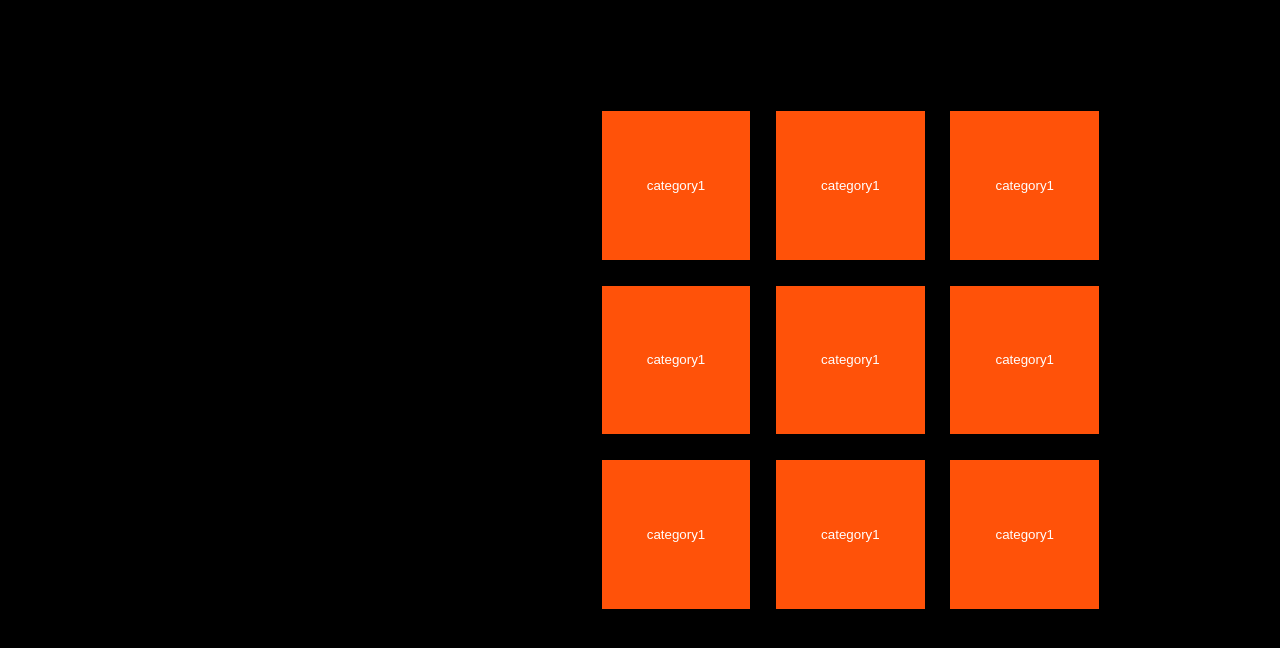
Repository: drumsmanku/react-capstone-project-2
Page: /categories
An editor plug-in stored every save of this project. The page is shown before and after the next save, followed by the edit.
The browser window is 1280 px wide. The pictures show the whole page.
Some web fonts or font styles are not loaded; a fallback is used. The project was rebuilt for these pictures with package versions that can differ from the ones it lists, and the page was loaded fresh each time. Also part of the build but not shown: src/components/RegistrationPage.js, src/components/SubmitSuccess.js.

Above is the page before, as saved 2023-05-24 08:47:22.

### src/index.css
body,html{
  padding: 0;
  margin: 0;
}

### src/App.js
import './App.css';
import RegistrationPage from './components/RegistrationPage';
import SubmitSuccess from './components/SubmitSuccess';
import CategoriesPage from './components/CategoriesPage';
import { BrowserRouter as Router, Route, Routes} from 'react-router-dom';
function App() {
  const categories=['category1', 'category1','category1','category1','category1','category1','category1', 'category1','category1',];
  const colors=['#FF5209', '#FF5209','#FF5209','#FF5209','#FF5209','#FF5209','#FF5209','#FF5209','#FF5209',]
  return (
    <div className='App'>
      <Router>
        <Routes>
          <Route path='/' element={<RegistrationPage />}/>
          <Route path='/success' element={<SubmitSuccess/>}/>
          <Route path='/categories' element={<CategoriesPage categories={categories} backgroundcolor={colors} />}/>
        </Routes>
      </Router>
    </div>
  );
}

export default App;

### src/App.css
.App {
  margin: 0;
  padding: 0;

}

### src/components/CategoriesPage.js
import React from 'react'
import './CategoriesPage.css'

function CategoriesPage(props) {
  const{categories, backgroundcolor}=props
  return (
    <div className='container'>
      <div className='first-container'>

      </div>
      <div className='second-container'>
        <div className='category-container'>
          {categories.map((category, index)=>(
            <button style={{border:'none', background:'none',color:'white', backgroundColor:backgroundcolor[index], height:'9.3rem', width:'9.3rem', margin:'0.8rem'}} key={index}>{category}</button>
          ))}
        </div>
        <div>
          {/* next page button */}
        </div>

      </div>
    </div>
  )
}

export default CategoriesPage

### src/components/RegistrationPage.css
@import url('https://fonts.googleapis.com/css2?family=Roboto:wght@900&display=swap');
@import url('https://fonts.googleapis.com/css2?family=Single+Day&display=swap');
@import url('https://fonts.googleapis.com/css2?family=DM+Sans&display=swap');
.reg-page{
  background-image: url('../Assets/back1.png');
  background-size: 50% 120%;
  background-repeat: no-repeat;
  height: 100vh;

  background-color: black;
  display: flex;
}
.first-div{
  font-family:'Roboto';
  color: white;
  width: 50%;
  height: 100vh;
  display: flex;
  justify-content: center;
  position: relative;
}
.first-first-div{
  width: 70%;
  position: absolute;
  bottom: 4.5rem;
}
.first-first-div h1{
  font-size: 3rem;
  padding: 0;
  margin: 0;
}
.second-div{
  height: inherit;
  width: 50%;
  display: flex;
  flex-direction: column;
  justify-content: center;
  align-items: center;
  color: white;
}
.second-div h1{
  font-family: 'Single Day';
  font-size: 3.3rem;
  color: #72DB73;
  font-weight: 400;
  margin: 0;
}
.second-div h4{
  font-family: 'DM Sans';
  font-weight: 200;
  margin-bottom: 2rem;
  margin-top: 1rem;
  font-size: 1.1rem;
}
form{
  display: flex;
  flex-direction: column;
}
form input[type=text]{
  margin: 0.7rem;
  width: 23rem;
  height: 2.9rem;
  border: none;
  background-color: #292929;
  border-radius: 0.1rem;
  font-family: 'DM Sans';
}
form input[type=number]{
  margin: 0.7rem;
  width: 23rem;
  height: 2.9rem;
  border: none;
  background-color: #292929;
  border-radius: 0.1rem;
  font-family: 'DM Sans';

}
form input[type=email]{
  margin: 0.7rem;
  width: 23rem;
  height: 2.9rem;
  border: none;
  background-color: #292929;
  border-radius: 0.1rem;
  font-family: 'DM Sans';
}

form input::placeholder{
  padding-left: 0.9rem;
  font-size: 1rem;
}
.checkbox1{
  width: 100%;
  display: flex;
  padding-left: 0.5rem;
  font-family: 'DM Sans';
  margin: 1.6rem 0 1.6rem 0;
  font-size: 0.9rem;
}
.checkbox1 input[type="checkbox"]{
  margin-right: 1rem;
  border: none;
  transform: scale(1.4);
}
form button{
  background-color: #72DB73;
  border: none;
  height: 3rem;
  width: 23rem;
  border-radius: 2.2rem;
  font-size: 1.4rem;
  font-family: 'DM Sans';
  font-weight: 600;
  color: white;
  letter-spacing: 0.2rem;
}

### src/components/CategoriesPage.css
.container{
  display:flex;
  background-color: black;
  height: 100vh;
  width: 100%;
}
.first-container{
  height: inherit;
  width: 40%;
}

.second-container{
  height: inherit;
  width: 60%;
  display: flex;
  flex-direction: column;
  justify-content: center;
  align-items: center;

}
.category-container{
  width: 80%;
}

Loaded but not shown: public/index.html (common file); src/index.js (common file)

After the next save:
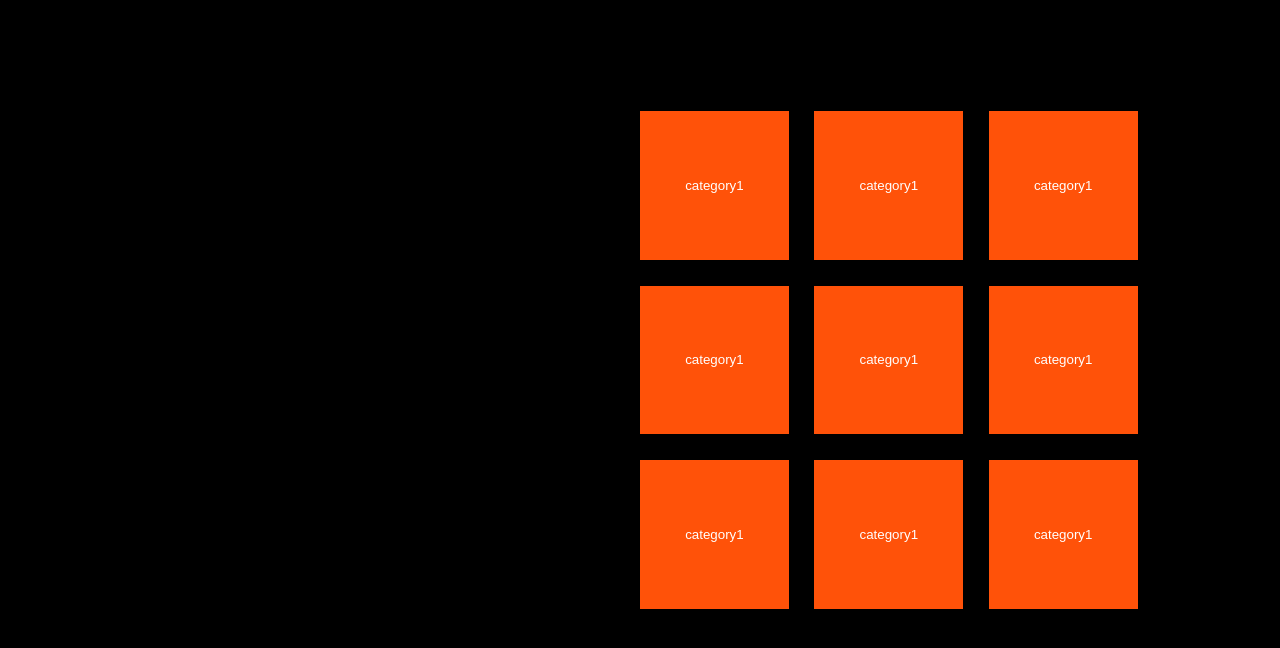
Saved 10 s later.
--- a/src/components/CategoriesPage.css
+++ b/src/components/CategoriesPage.css
@@ -19,5 +19,5 @@
 
 }
 .category-container{
-  width: 80%;
+  width: 70%;
 }
